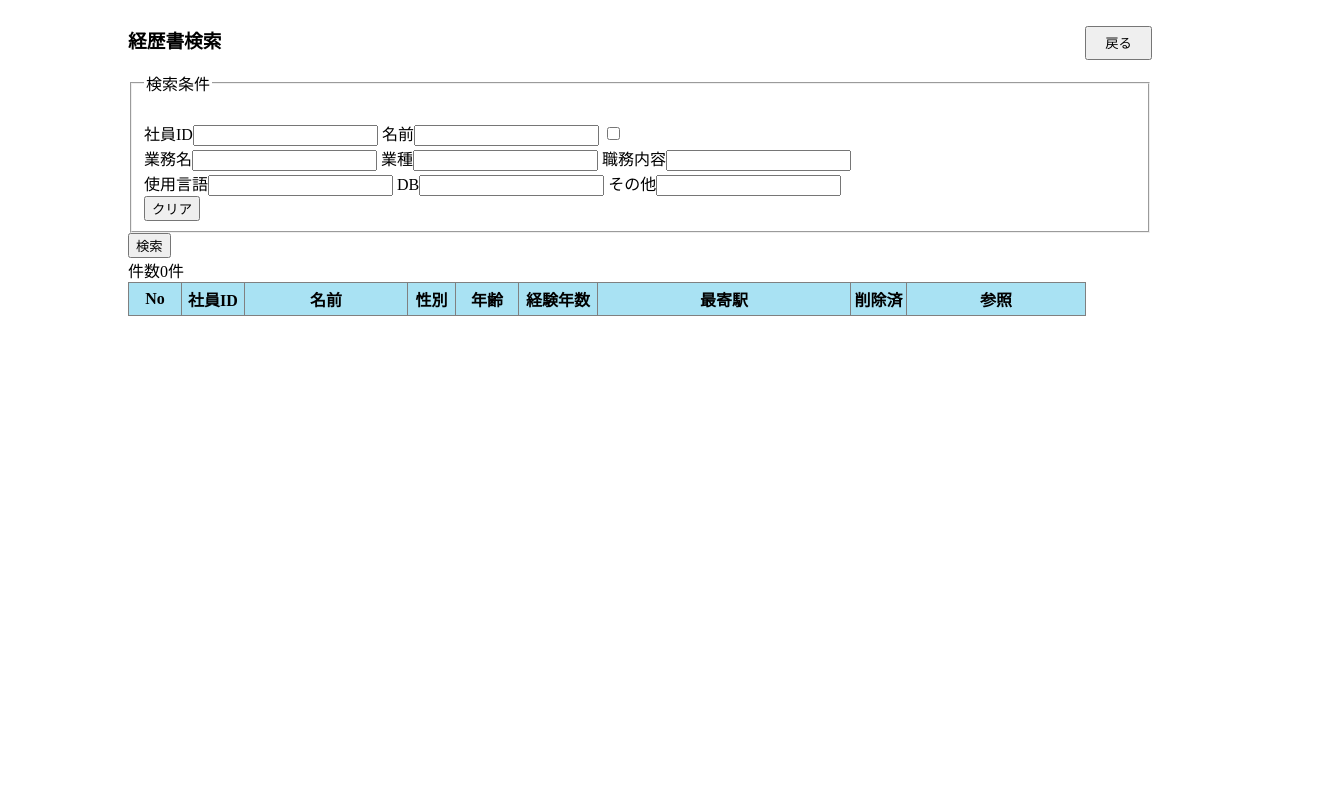
Repository: nguyenvantandev/WebApp
Page: http://localhost/EmployeeInfoSystem/ResumeSearch.jsp
The author's editor kept a copy of each file at every save. The page is drawn from the files as they stood at one save, then again after the next save.
The browser window is 1280 px wide. The page is 1337 px wide, so the pictures cover 1337 px, including what lies to the right of the window. The pictures show the whole page.
Some web libraries are served in a nearby version. The page is served by Tomcat 9. Other server files are loaded and not shown.

Above is the page before, as saved 2016-06-13 05:39:20.

### EmployeeInfoSystem/WebContent/ResumeSearch.jsp
<%@ page language="java" contentType="text/html; charset=UTF-8"
	pageEncoding="UTF-8"%>
<%@ taglib prefix="c" uri="http://java.sun.com/jsp/jstl/core"%>
<!DOCTYPE html PUBLIC "-//W3C//DTD HTML 4.01 Transitional//EN" "http://www.w3.org/TR/html4/loose.dtd">
<html>
<head>
<meta http-equiv="Content-Type" content="text/html; charset=UTF-8">
<link rel="stylesheet" type="text/css" href="css/ResumeSearch.css">
<script type="text/javascript" src="js/ResumeSearch.js"></script>
<script type="text/javascript"
	src="http://code.jquery.com/jquery-1.10.1.min.js"></script>
<title>経歴書検索画面</title>
</head>
<body>
	<form action="" method="post">
		<input type="button" name="modoru" id="modoru" value="戻る">
		<h3>
			<b>経歴書検索 </b>
		</h3>
		<fieldset>
			<legend>検索条件</legend>
			<label id="label_shainId">社員ID</label><input type="text" id="shainId" name="shainId" value="">
			<label id="label_namae">名前</label><input type="text" id="namae" name="namae" value="">
			<input type="checkbox" id="sakujocheck" name="sakujocheck" value="削除済社員も含める"><br>

			<label id="label_gyumumei">業務名</label><input type="text" id="gyumumei" name="gyumumei" value="">
			<label id="label_gyoushu">業種</label><input type="text" id="gyoushu" name="gyoushu" value="">
			<label id="label_shokumunaiyou">職務内容</label><input type="text" id="shokumunaiyou" name="shokumunaiyou" value=""><br>

			<label id="label_shiyougengo">使用言語</label><input type="text" id="shiyougengo" name="shiyougengo" value="">
			<label id="label_db">DB</label><input type="text" id="db" name="db" value="">
			<label id="label_sonohoka">その他</label><input type="text" id="sonohoka" name="sonohoka" value=""><br>
			<input type="button" id="kuria" name="kuria" value="クリア">
		</fieldset>
		<input type="button" id="kensaku" name="kensaku" value="検索"><br>
		<label>件数0件</label><br>
		<div id="list">
			<table id="table" border="1">
				<thead>
					<tr>
						<th style="width: 50px" align="center">No</th>
						<th style="width: 60px" align="center">社員ID</th>
						<th style="width: 160px" align="center">名前</th>
						<th style="width: 45px" align="center">性別</th>
						<th style="width: 60px" align="center">年齢</th>
						<th style="width: 76px" align="center">経験年数</th>
						<th style="width: 250px" align="center">最寄駅</th>
						<th style="width: 53px" align="center">削除済</th>
						<th style="width: 176px" align="center">参照</th>
					</tr>
				</thead>
				<tbody>
					<c:forEach var="row" items="${memberList}">
						<tr>
							<td style="width: 50px" align="center"><c:out
									value="${row.num}" /></td>
							<td style="width: 60px" align="center"><c:out
									value="${row.shainid}"></c:out></td>
							<td style="width: 160px" align="center"><c:out
									value="${row.namae}"></c:out></td>
							<td style="width: 45px" align="center"><c:out
									value="${row.sebetsu}"></c:out></td>
							<td style="width: 60px" align="center"><c:out
									value="${row.nenrei}"></c:out></td>
							<td style="width: 76px" align="center"><c:out
									value="${row.keikennensuu}"></c:out></td>
							<td style="width: 250px" align="center"><c:out
									value="${row.saiyorieki}"></c:out></td>
							<td style="width: 53px" align="center"><c:out
									value="${row.sakujosumi}"></c:out></td>
							<td style="width: 53px" align="center"><input type="button"
								id="shosai" name="shosai" value="詳細"></td>
						</tr>
					</c:forEach>

				</tbody>
			</table>
		</div>
	</form>

</body>
</html>

### EmployeeInfoSystem/WebContent/css/ResumeSearch.css
@CHARSET "UTF-8";

body {
	    margin-left: 10%;
    margin-right: 10%;
    margin-top: 2%;
    margin-bottom: 0px;
}
table {
	border-collapse: collapse;
    border-top-width: 0px;
    border-right-width: 0px;
    border-bottom-width: 0px;
    border-left-width: 0px;
}

th {
	table-layout:fixed;
	height: 30px;
	background-color: #A9E2F3;
}

td {
	table-layout:fixed;
	height: 30px;
	background-color: white;
    border-bottom-style: dashed;
}

 tbody, thead {
	display: block;
}

tbody {
  overflow:auto;
  height:476px;
  width: 1209px;

}
#modoru{
    width: 67px;
    right: 10%;
    position: absolute;
    height: 34px;
    margin-bottom: 10px;
}
legend {
	    margin-top: 35px;
    margin-bottom: 20px;

}
#label_shainId{

}
#label_namae{

}
#label_gyumumei{

}
#label_gyoushu{

}
#label_shokumunaiyou{

}
#label_shiyougengo{

}
#label_db{

}
#label_sonohoka{

}
#shainId{

}
#namae{

}
#sakujocheck{

}
#gyumumei{

}
#gyoushu{

}
#shokumunaiyou{

}
#shiyougengo{

}
#db{

}
#sonohoka{

}
#kuria{

}
#kensaku{

}

### EmployeeInfoSystem/WebContent/js/ResumeSearch.js
function resumeSearch_load() {
	var id = document.getElementById("shainId").value;
	var name = document.getElementById("namae").value;
	var deleted = document.getElementById("hidden_sakujocheck").value;
	var gyumumei = document.getElementById("gyumumei").value;
	var gyoushu = document.getElementById("gyoushu").value;
	var shokumunaiyou = document.getElementById("shokumunaiyou").value;
	var shiyougengo = document.getElementById("shiyougengo").value;
	var db = document.getElementById("db").value;
	var sonohoka = document.getElementById("sonohoka").value;
	if (id == "null") {
		document.getElementById("shainId").value = "";
	} else {
		document.getElementById("shainId").value = id;
	}
	if (name == "null") {
		document.getElementById("namae").value = "";
	} else {
		document.getElementById("namae").value = name;
	}
	if (deleted == "null") {
		document.getElementById("sakujocheck").checked = false;
	} else {
		document.getElementById("sakujocheck").checked = true;
	}
	if (gyumumei == "null") {
		document.getElementById("gyumumei").value = "";
	} else {
		document.getElementById("gyumumei").value = gyumumei;
	}
	if (gyoushu == "null") {
		document.getElementById("gyoushu").value = "";
	} else {
		document.getElementById("gyoushu").value = gyoushu;
	}
	if (shokumunaiyou == "null") {
		document.getElementById("shokumunaiyou").value = "";
	} else {
		document.getElementById("shokumunaiyou").value = shokumunaiyou;
	}
	if (shiyougengo == "null") {
		document.getElementById("shiyougengo").value = "";
	} else {
		document.getElementById("shiyougengo").value = shiyougengo;
	}
	if (db == "null") {
		document.getElementById("db").value = "";
	} else {
		document.getElementById("db").value = db;
	}
	if (sonohoka == "null") {
		document.getElementById("sonohoka").value = "";
	} else {
		document.getElementById("sonohoka").value = sonohoka;
	}

	var tbl = document.getElementById("table").rows.length;
	for (var i = 1; i < tbl; i++) {
		var n = document.getElementById("table").rows[i].cells[7].innerHTML;
		if (n == "○") {
			document.getElementById("shosai" + i).disabled = true;
		}
	}

	var count = document.getElementById("kennsu").value;
	if (count == "0") {
		alert("検索条件に一致する社員が見つかりません。");
	}
	var search = document.getElementById("actionName").value
	if (search == "再検索") {
		document.getElementById("actionName").value = "検索"
		document.getElementById("ResumeSearch").submit();
	}

}

function kuria_click() {
	document.getElementById("shainId").value = "";
	document.getElementById("namae").value = "";
	document.getElementById("sakujocheck").checked = false;
	document.getElementById("gyumumei").value = "";
	document.getElementById("gyoushu").value = "";
	document.getElementById("shokumunaiyou").value = "";
	document.getElementById("shiyougengo").value = "";
	document.getElementById("db").value = "";
	document.getElementById("sonohoka").value = "";
}

function kensaku_click() {
	var shainId = document.getElementById("shainId").value;
	if (shainId != "") {
		var regex = /^[A-Za-z0-9]+$/;
		if (!shainId.match(regex)) {
			alert("社員IDは半角英数字で入力してください。");
			return false;
		}
	}
	document.getElementById("actionName").value = "検索"
	document.getElementById("ResumeSearch").submit();

}

function shosai_click(Val) {
	var report = Val.parentNode.parentNode.cells[1].innerHTML;
	document.getElementById("actionName").value = "詳細";
	document.getElementById("actionValue").value = report;
	document.getElementById("ResumeSearch").submit();

}

After the next save:
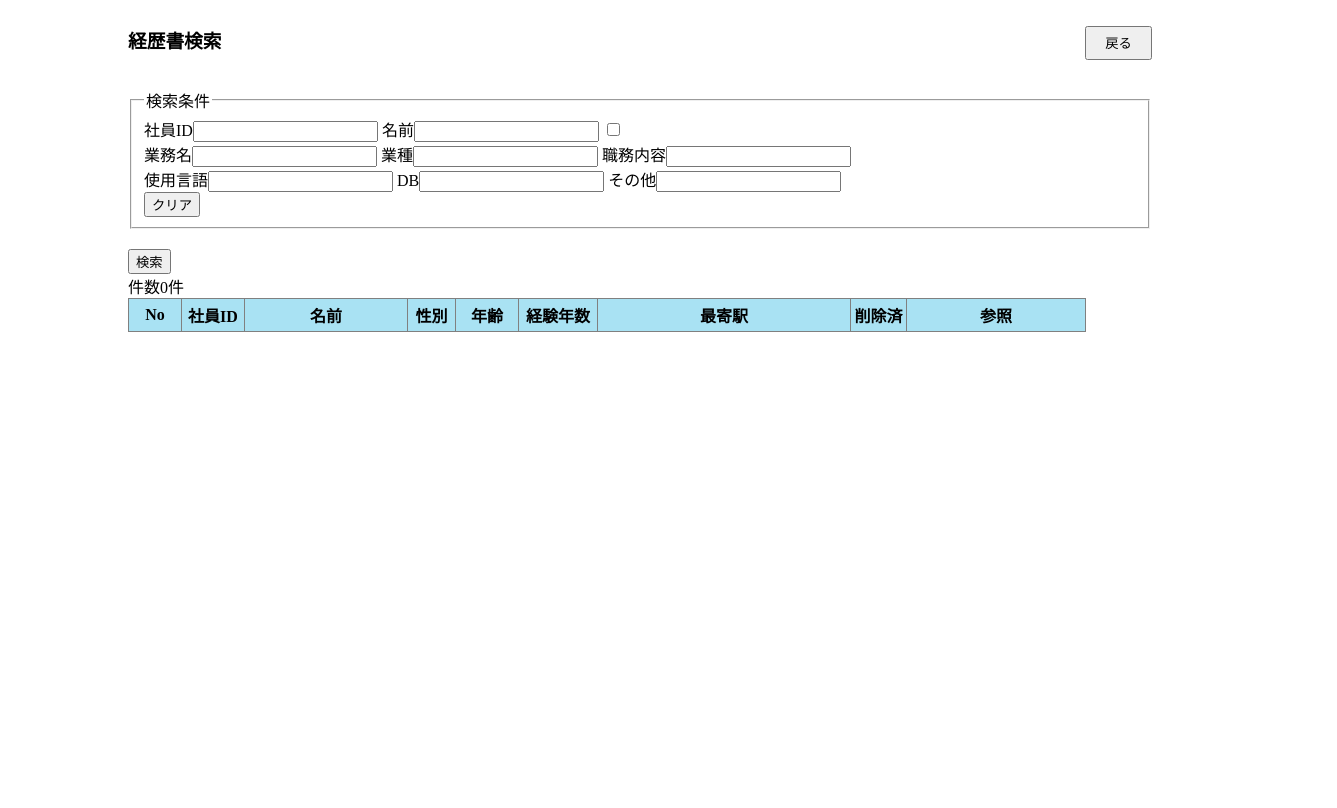
Saved 47 s later.
--- a/EmployeeInfoSystem/WebContent/css/ResumeSearch.css
+++ b/EmployeeInfoSystem/WebContent/css/ResumeSearch.css
@@ -44,7 +44,7 @@ tbody {
     height: 34px;
     margin-bottom: 10px;
 }
-legend {
+fieldset {
 	    margin-top: 35px;
     margin-bottom: 20px;
 
